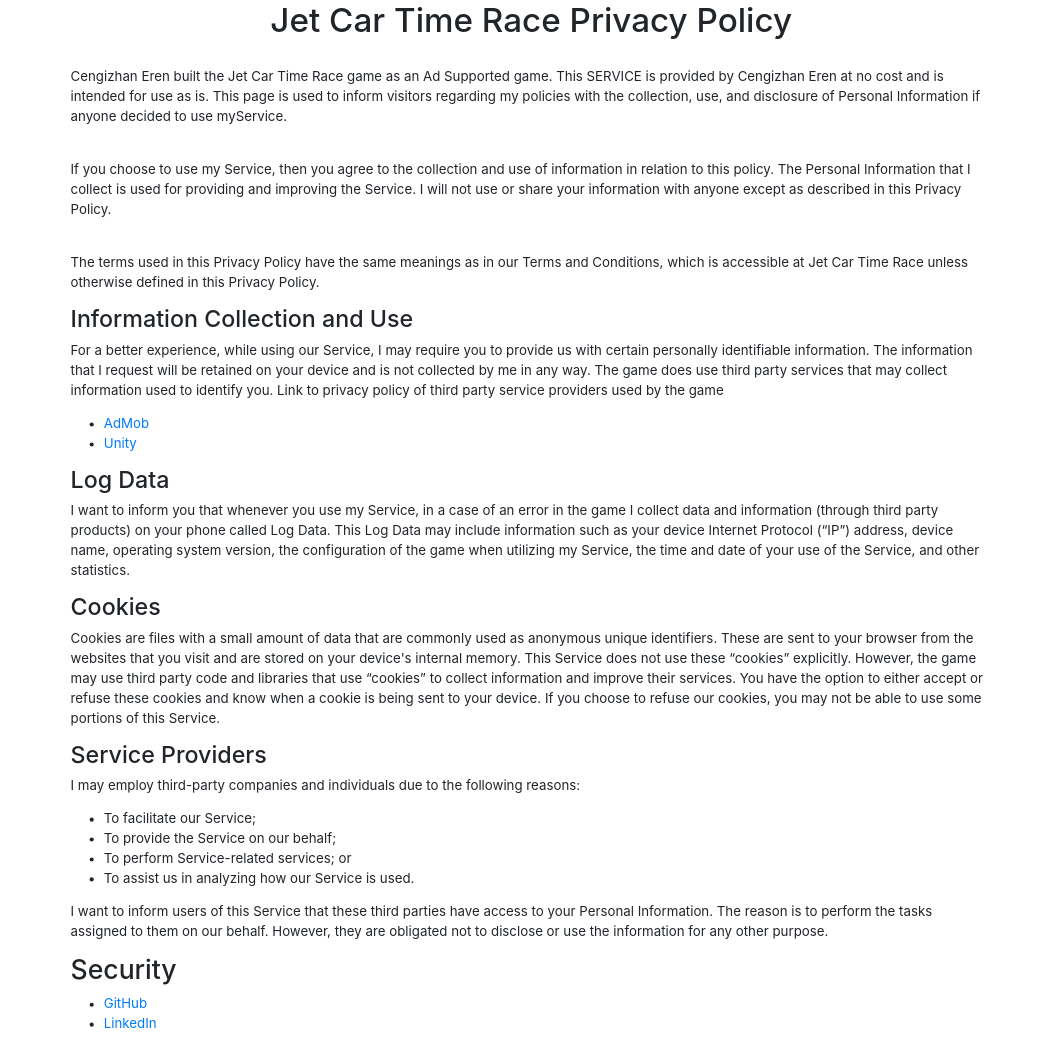
Repository: CengoCengo/cengocengo.github.io
Page: jetcartimeraceprivacypolicy.html
These files come from the project's save history. The page is drawn as it stood at one moment and after the next save; the edit follows.
The browser window is 1280 px wide. The pictures show the whole page, at 83% of full size.

Above is the page before, as saved 2022-10-11 14:46:52.

### jetcartimeraceprivacypolicy.html
<!DOCTYPE html>
<html lang="en">
<head>
    <meta charset="UTF-8">
    <meta http-equiv="X-UA-Compatible" content="IE=edge">
    <meta name="viewport" content="width=device-width, initial-scale=1, user-scalable=no">
    <link rel="stylesheet" href="https://cdn.jsdelivr.net/npm/bootstrap@4.3.1/dist/css/bootstrap.min.css" integrity="sha384-ggOyR0iXCbMQv3Xipma34MD+dH/1fQ784/j6cY/iJTQUOhcWr7x9JvoRxT2MZw1T" crossorigin="anonymous">

    <!-- <script>
        var firstClick = false
        document.onclick= function(event) {
            if(firstClick == false) {
                var audio = document.createElement("AUDIO")
                audio.setAttribute('id','audioId');
                document.body.appendChild(audio);
                audio.src = "startup.mp3"
                audio.play()
            }
            firstClick = true
        }
    </script> -->


    <title>Jet Car Time Race Privacy Policy</title>
</head>
<body>

    <body class="container">

			<div id="main">
				<!-- Header -->
					<header id="header">
						<h1 class ="text-center">  Jet Car Time Race Privacy Policy </h1>
                        <br>
        				<p>Cengizhan Eren built the Jet Car Time Race game as an Ad Supported game. This SERVICE is provided by Cengizhan Eren at no cost and is intended for use as is. This page is used to inform visitors regarding my policies with the collection, use, and disclosure of Personal Information if anyone decided to use myService.</p> <br>
                        <p>
                            If you choose to use my Service, then you agree to the collection and use of information in relation to this policy. The Personal Information that I
collect is used for providing and improving the Service. I will not use or share your information with anyone except as described in this Privacy Policy.
                        </p>    <br>

                        <p>
                            The terms used in this Privacy Policy have the same meanings as in our Terms and Conditions, which is accessible at Jet Car Time Race unless
otherwise defined in this Privacy Policy.
                        </p>

                        <h3 >
                            Information Collection and Use
                        </h3>

                        <p>
                            For a better experience, while using our Service, I may require you to provide us with certain personally identifiable information. The information that I
request will be retained on your device and is not collected by me in any way.
The game does use third party services that may collect information used to identify you.
Link to privacy policy of third party service providers used by the game
                        </p>

                        <ul>
                            <li><a href="https://support.google.com/admob/answer/6128543?hl=en" target="_blank" class="icon brands fa-github"><span>AdMob</span></a></li>
							<li><a href="https://unity.com/legal/privacy-policy" target="_blank" class="icon brands fa-linkedin"><span>Unity</span></a></li>
                        </ul>

                        <h3>Log Data</h3>
                        <p>
                            I want to inform you that whenever you use my Service, in a case of an error in the game I collect data and information (through third party products)
on your phone called Log Data. This Log Data may include information such as your device Internet Protocol (“IP”) address, device name, operating
system version, the configuration of the game when utilizing my Service, the time and date of your use of the Service, and other statistics.
                        </p>

                        <h3>Cookies</h3>
                        <p>
                            Cookies are files with a small amount of data that are commonly used as anonymous unique identifiers. These are sent to your browser from the
websites that you visit and are stored on your device's internal memory.
This Service does not use these “cookies” explicitly. However, the game may use third party code and libraries that use “cookies” to collect information
and improve their services. You have the option to either accept or refuse these cookies and know when a cookie is being sent to your device. If you
choose to refuse our cookies, you may not be able to use some portions of this Service.
                        </p>

                        <h3>Service Providers</h3>
                        <p>
                            I may employ third-party companies and individuals due to the following reasons:
                        </p>

                        <ul>
                            <li>To facilitate our Service;</li>
                            <li>To provide the Service on our behalf;</li>
                            <li>To perform Service-related services; or </li>
                            <li>To assist us in analyzing how our Service is used.

                            </ul>

                        <p>
                            I want to inform users of this Service that these third parties have access to your Personal Information. The reason is to perform the tasks assigned to
them on our behalf. However, they are obligated not to disclose or use the information for any other purpose.
                        </p>

                        <h2>
                            Security
                        </h2>




						<nav>
							<ul>
								<li><a href="https://github.com/cengocengo" target="_blank" class="icon brands fa-github"><span>GitHub</span></a></li>
								<li><a href="https://www.linkedin.com/in/cengizhan-eren" target="_blank" class="icon brands fa-linkedin"><span>LinkedIn</span></a></li>
							</ul>
						</nav>
					</header>
			</div>

        <script src="https://code.jquery.com/jquery-3.3.1.slim.min.js" integrity="sha384-q8i/X+965DzO0rT7abK41JStQIAqVgRVzpbzo5smXKp4YfRvH+8abtTE1Pi6jizo" crossorigin="anonymous"></script>
        <script src="https://cdn.jsdelivr.net/npm/popper.js@1.14.7/dist/umd/popper.min.js" integrity="sha384-UO2eT0CpHqdSJQ6hJty5KVphtPhzWj9WO1clHTMGa3JDZwrnQq4sF86dIHNDz0W1" crossorigin="anonymous"></script>
        <script src="https://cdn.jsdelivr.net/npm/bootstrap@4.3.1/dist/js/bootstrap.min.js" integrity="sha384-JjSmVgyd0p3pXB1rRibZUAYoIIy6OrQ6VrjIEaFf/nJGzIxFDsf4x0xIM+B07jRM" crossorigin="anonymous"></script>
</body>
</html>

After the next save:
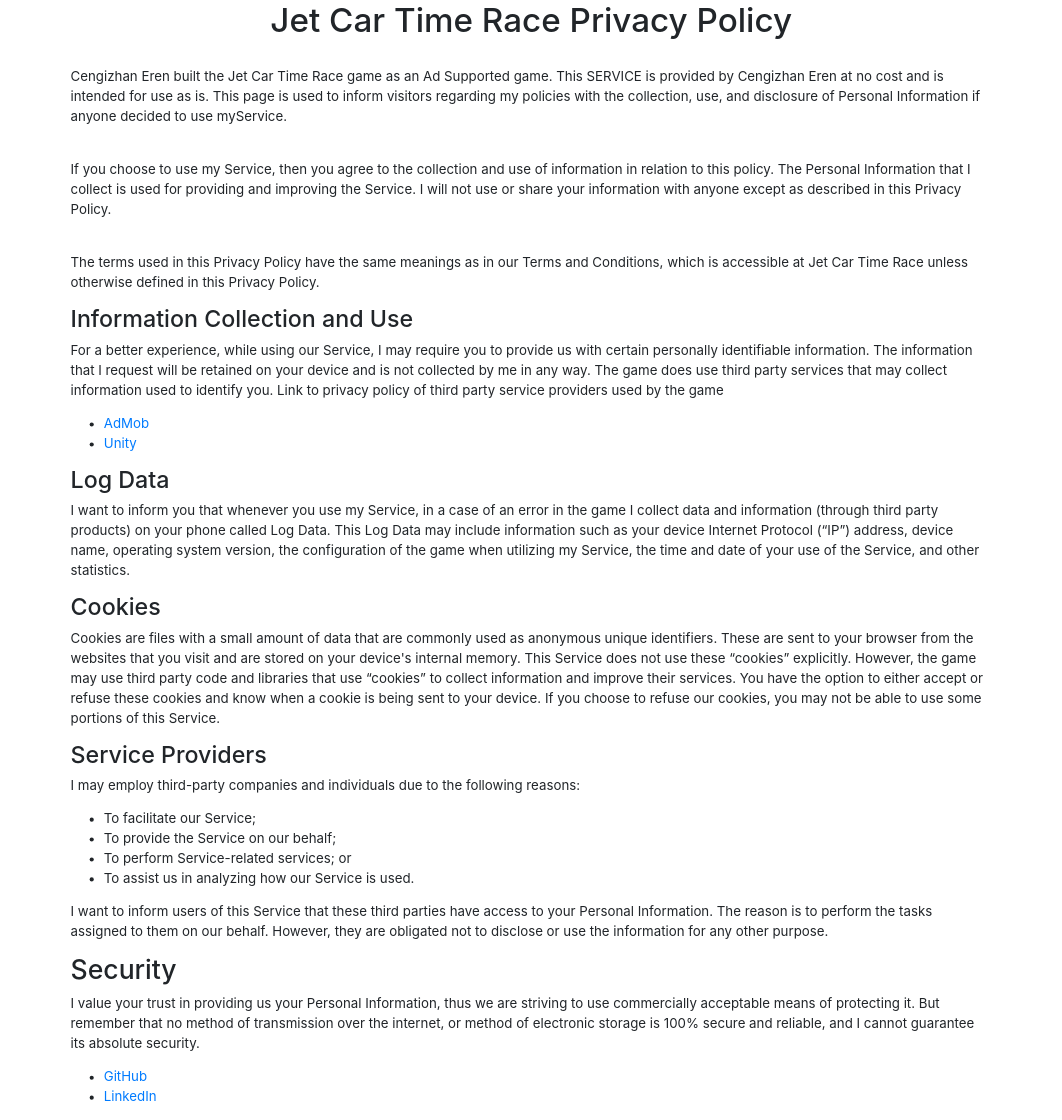
Saved 19 s later.
--- a/jetcartimeraceprivacypolicy.html
+++ b/jetcartimeraceprivacypolicy.html
@@ -86,7 +86,7 @@
                             <li>To perform Service-related services; or </li>
                             <li>To assist us in analyzing how our Service is used.
 
-                            </ul>
+                         </ul>
 
                         <p>
                             I want to inform users of this Service that these third parties have access to your Personal Information. The reason is to perform the tasks assigned to
@@ -96,7 +96,11 @@
                         <h2>
                             Security
                         </h2>
-
+                        <p>
+                            I value your trust in providing us your Personal Information, thus we are striving to use commercially acceptable means of protecting it. But remember
+that no method of transmission over the internet, or method of electronic storage is 100% secure and reliable, and I cannot guarantee its absolute
+security.
+                        </p>
 
 
 
